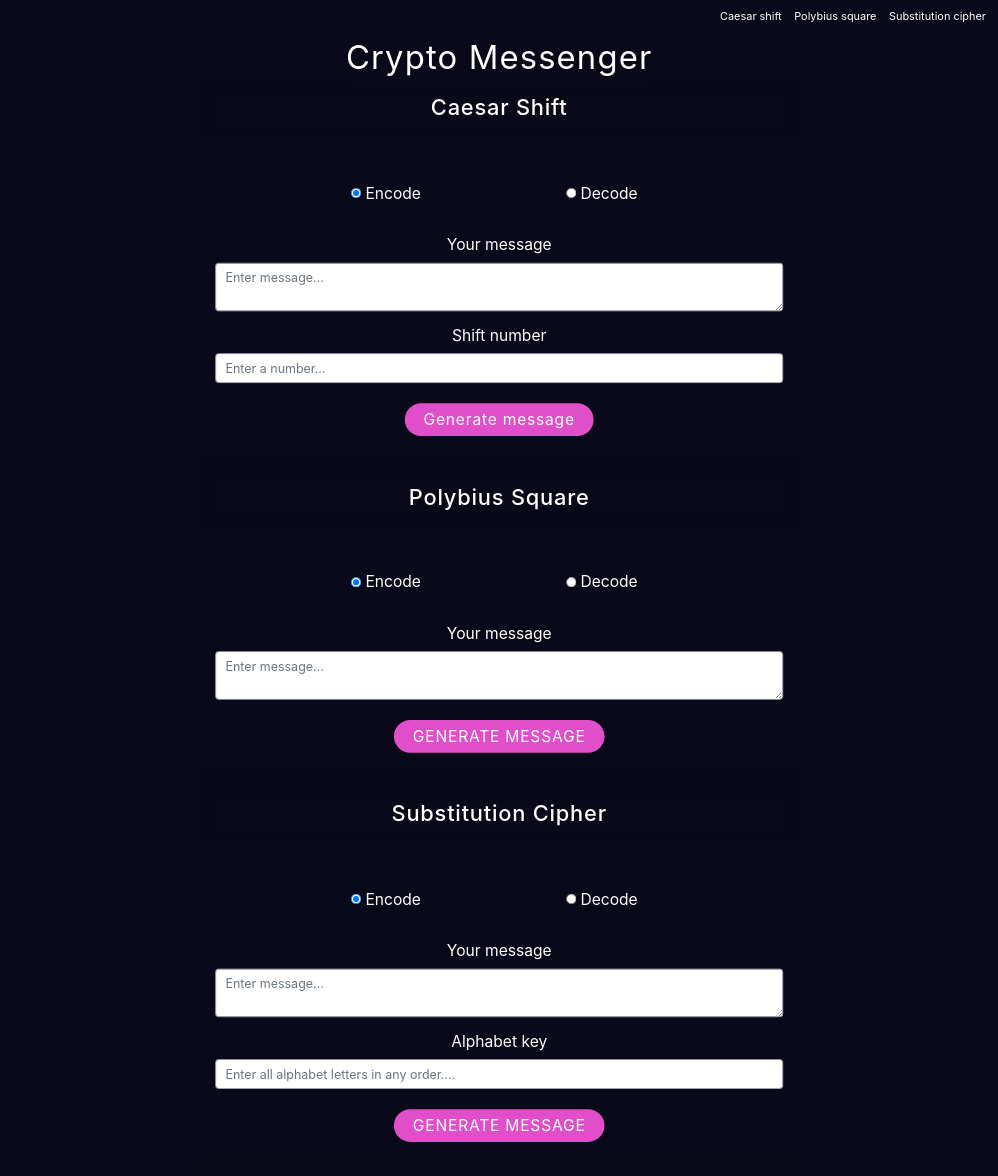
Repository: Rthompson2548/Project-Decoder-Ring
Page: index.html
The author's editor kept a copy of each file at every save. The page is drawn from the files as they stood at one save, then again after the next save.
The browser window is 1280 px wide. The pictures show the whole page, at 78% of full size.

Above is the page before, as saved 2022-04-09 20:24:47.

After the next save:
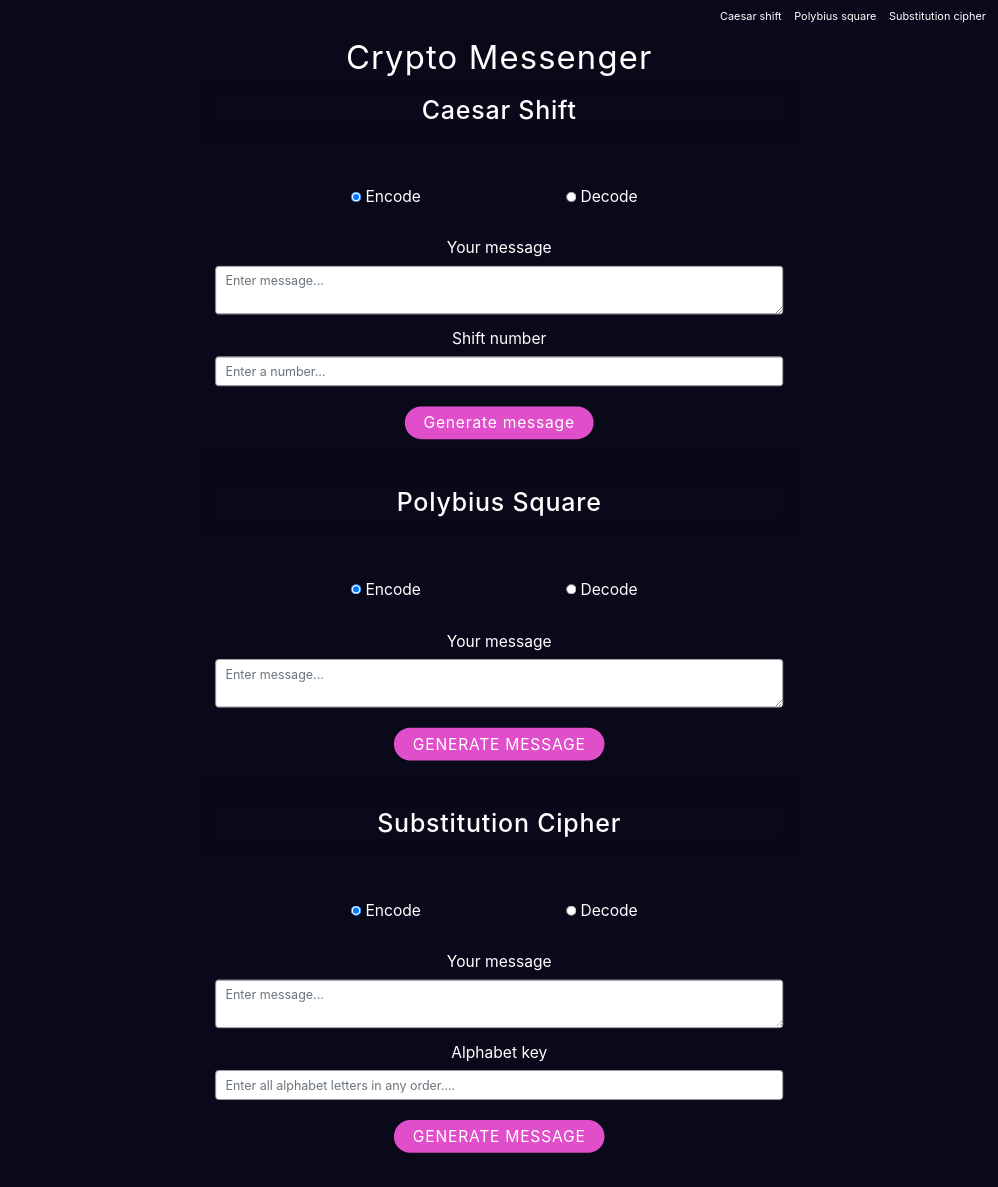
Saved 6 s later.
--- a/index.css
+++ b/index.css
@@ -70,7 +70,7 @@
 }
 
 .language-card-title {
-  font-size: 28px !important;
+  font-size: 32px !important;
   letter-spacing: 1px;
   font-weight: light !important;
   margin-top: 5px;

After the save that followed:
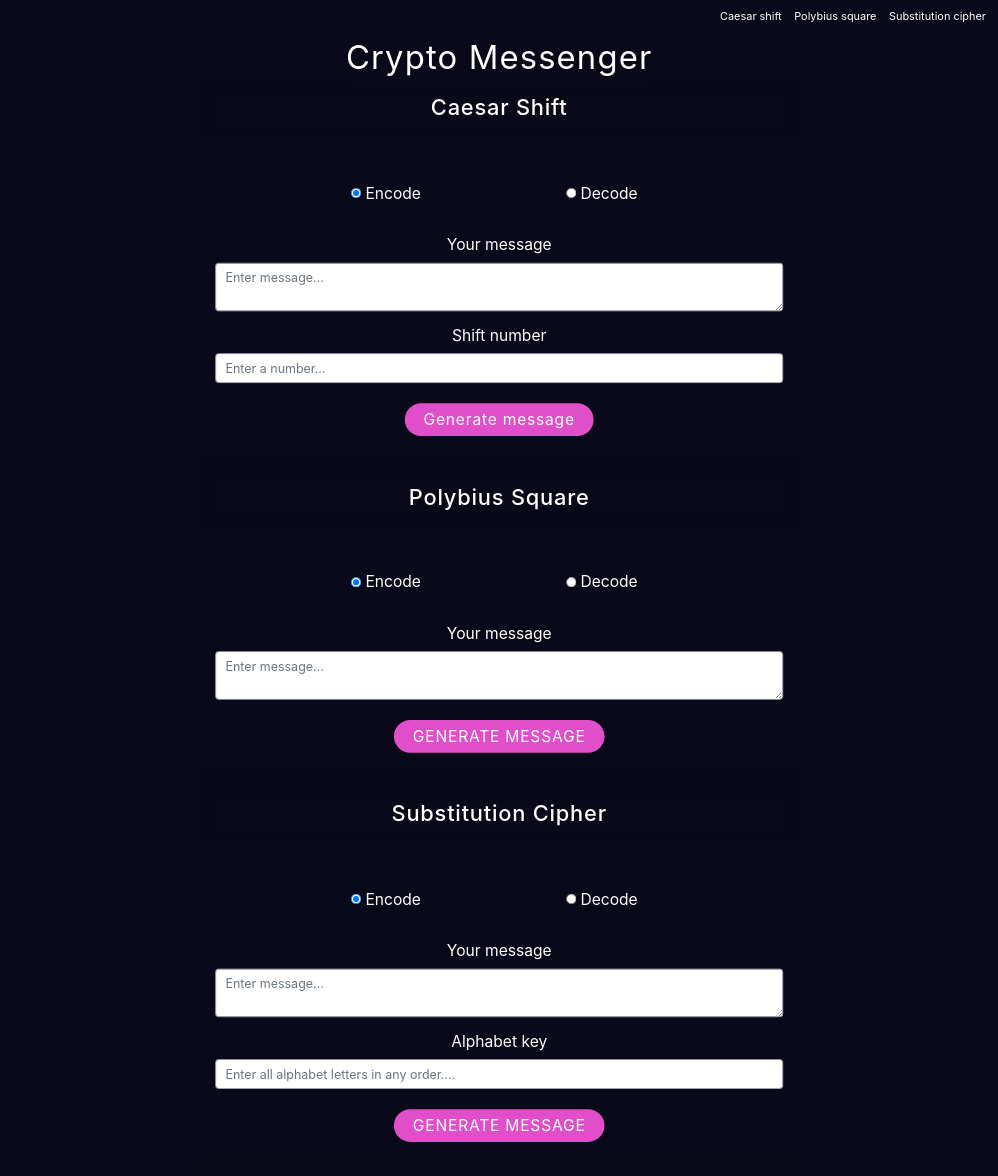
Saved 4 s later.
--- a/index.css
+++ b/index.css
@@ -70,7 +70,7 @@
 }
 
 .language-card-title {
-  font-size: 32px !important;
+  font-size: 28px !important;
   letter-spacing: 1px;
   font-weight: light !important;
   margin-top: 5px;
